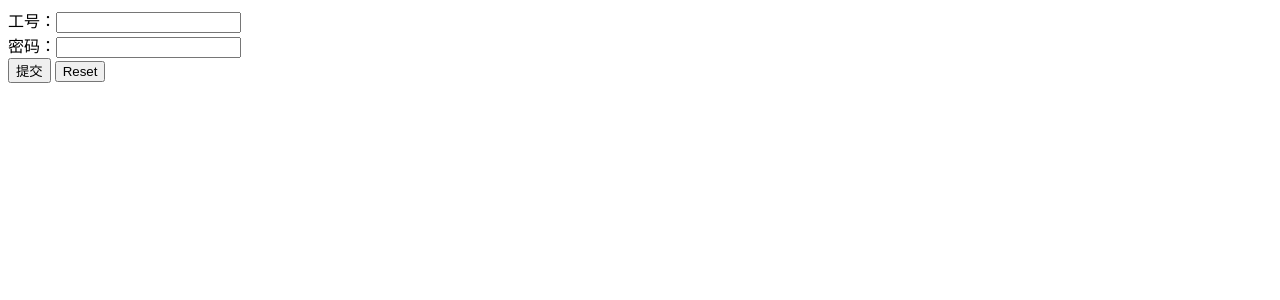
Repository: krzyty/OA_USST
Page: http://localhost/USSTOA/login.jsp
These files come from the project's save history. The page is drawn as it stood at one moment and after the next save; the edit follows.
The browser window is 1280 px wide. The pictures show the whole page.
The page is served by Tomcat 9. Nobody is signed in. The application's start-up code is not run. Other server files are loaded and not shown.

Above is the page before, as saved 2017-06-29 03:28:31.

### USSTOA/WebContent/login.jsp
<%@ page language="java" contentType="text/html; charset=UTF-8"
	pageEncoding="UTF-8"%>
<!DOCTYPE html PUBLIC "-//W3C//DTD HTML 4.01 Transitional//EN" "http://www.w3.org/TR/html4/loose.dtd">
<html>
<head>
<meta http-equiv="Content-Type" content="text/html; charset=UTF-8">
<title>登录</title>
</head>
<body>
	工号：<input type="text" name="id" /><br/>
	密码：<input type="password" name="password" /><br/>
	<input type="submit" value="提交">
	<input type="reset"><br />
</body>
</html>

### USSTOA/WebContent/css/style.css
@CHARSET "UTF-8";

body {
	font-family: "Trebuchet MS", "Helvetica", "Arial", "Verdana",
		"sans-serif";
	font-size: 62.5%;
}

After the next save:
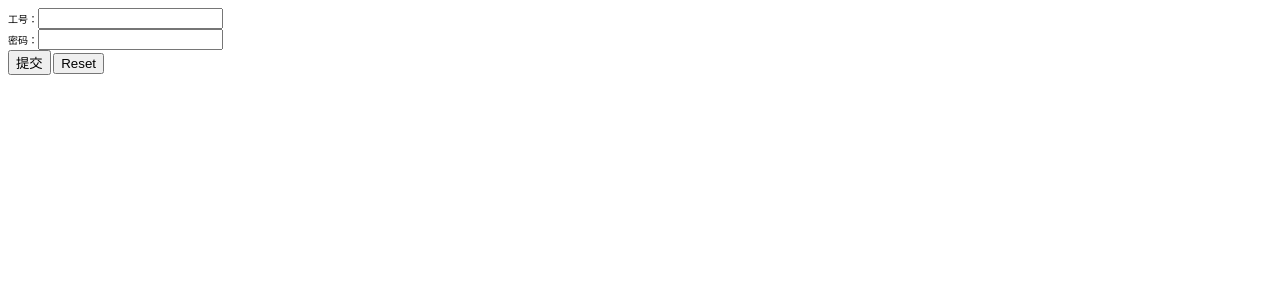
Saved 34 s later.
--- a/USSTOA/WebContent/login.jsp
+++ b/USSTOA/WebContent/login.jsp
@@ -5,11 +5,14 @@
 <head>
 <meta http-equiv="Content-Type" content="text/html; charset=UTF-8">
 <title>登录</title>
+<link rel="stylesheet" href="/css/style.css">
 </head>
 <body>
+<form action="" method="post" enctype="multipart/form-data">
 	工号：<input type="text" name="id" /><br/>
 	密码：<input type="password" name="password" /><br/>
 	<input type="submit" value="提交">
 	<input type="reset"><br />
+</form>
 </body>
 </html>
